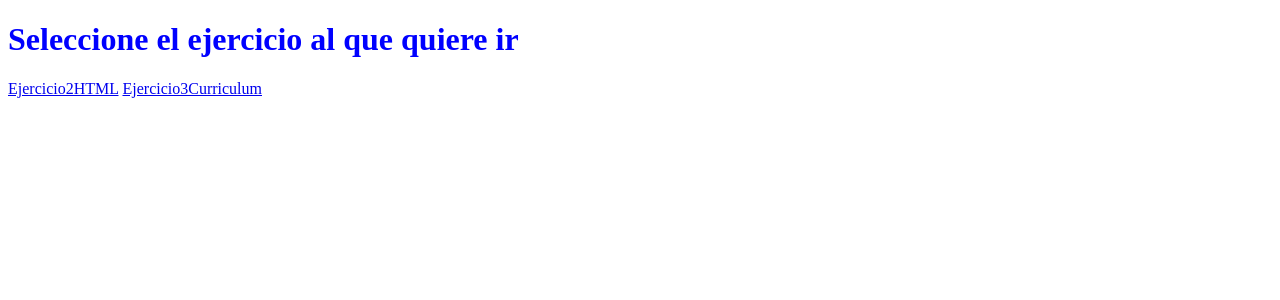
Repository: salvadorsobrino/Ejercicio4JavaTomCat
Page: Ejercicio4/src/main/webapp/index.html
An editor plug-in stored every save of this project. The page is shown before and after the next save, followed by the edit.
The browser window is 1280 px wide. The pictures show the whole page.

Above is the page before, as saved 2022-03-10 17:39:48.

### Ejercicio4/src/main/webapp/index.html
<!DOCTYPE html>
<html>
<head>
<meta charset="UTF-8">
<link rel='stylesheet' type='text/css' media='screen' href='index.css'>
<title>Ejercicio4</title>
</head>
<body>
	<h1>Seleccione el ejercicio al que quiere ir</h1>
	<a href="/Ejercicio4/Ejercicio2/index.html">Ejercicio2HTML</a>
	<a href="/Ejercicio4/Ejercicio3Curriculum/index.html">Ejercicio3Curriculum</a>
</body>
</html>

### Ejercicio4/src/main/webapp/index.css
/* Hoja de estilo index */
h1{
	 color: blue;
}
body{
	background-color: rgb(255,255,255);
}

After the next save:
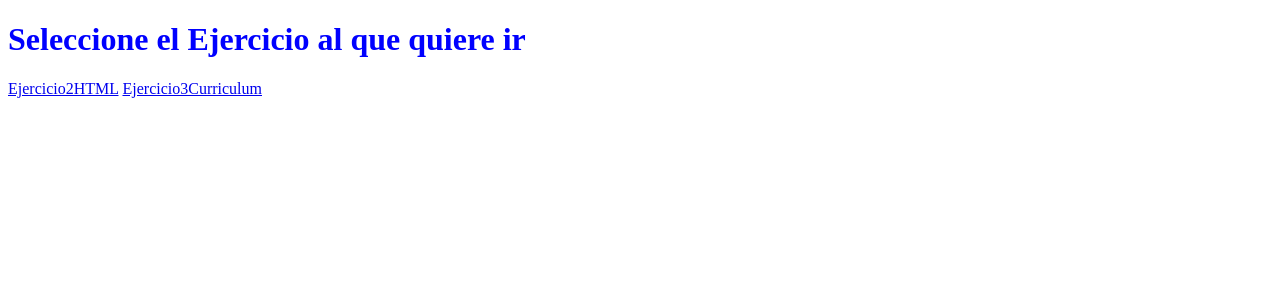
Saved 4 s later.
--- a/Ejercicio4/src/main/webapp/index.html
+++ b/Ejercicio4/src/main/webapp/index.html
@@ -6,7 +6,7 @@
 <title>Ejercicio4</title>
 </head>
 <body>
-	<h1>Seleccione el ejercicio al que quiere ir</h1>
+	<h1>Seleccione el Ejercicio al que quiere ir</h1>
 	<a href="/Ejercicio4/Ejercicio2/index.html">Ejercicio2HTML</a>
 	<a href="/Ejercicio4/Ejercicio3Curriculum/index.html">Ejercicio3Curriculum</a>
 </body>
